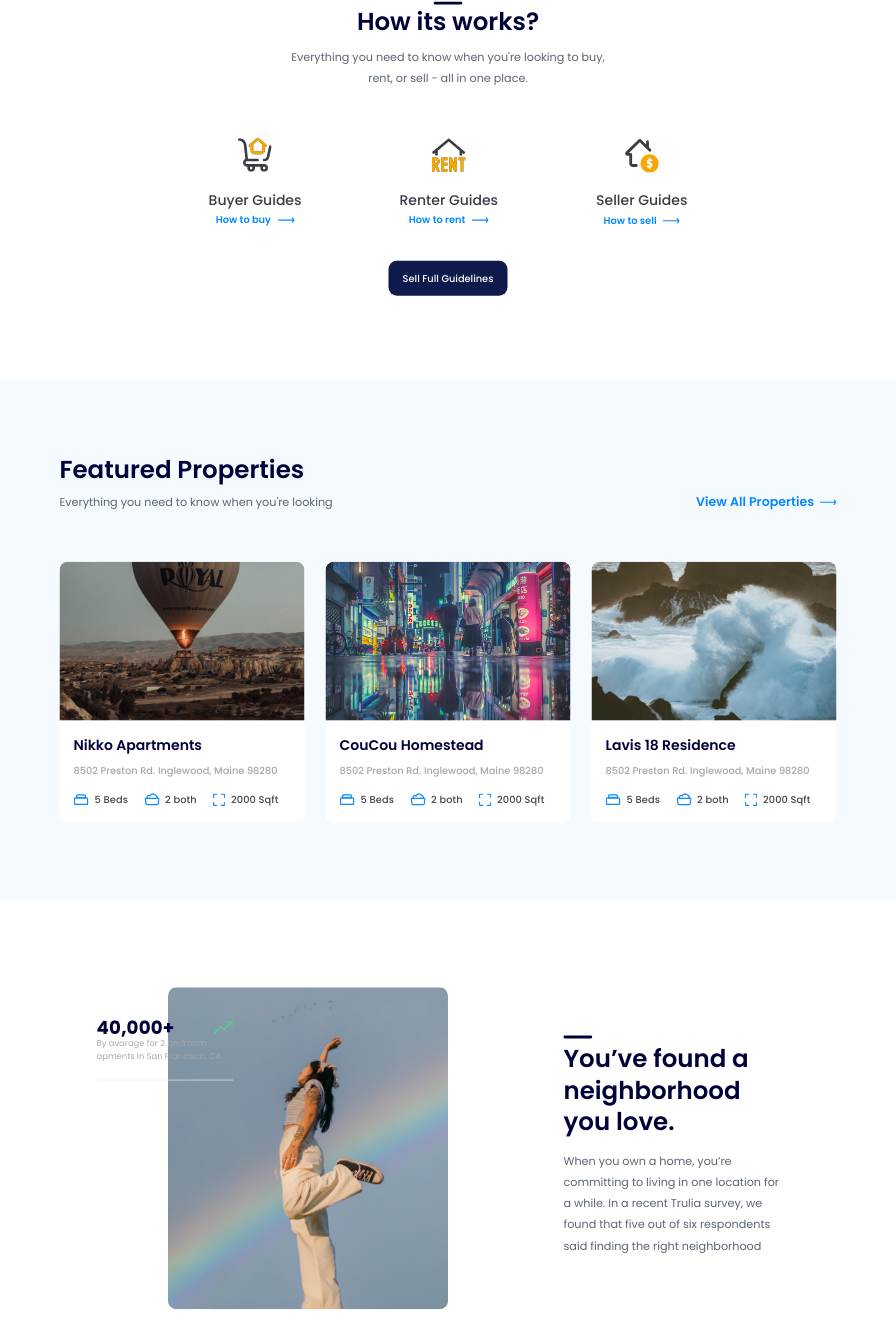
Repository: Tctiensk/f8-htmlcss-01
Page: index.html
An editor plug-in stored every save of this project. The page is shown before and after the next save, followed by the edit.
The browser window is 1280 px wide. The pictures show the part of the page from y = 1229 to 3149 px (the page is 3149 px tall), at 70% of full size.

Above is the page before, as saved 2022-12-11 10:44:33.

### index.html
<!DOCTYPE html>
<html lang="en">
    <head>
        <meta charset="UTF-8" />
        <meta http-equiv="X-UA-Compatible" content="IE=edge" />
        <meta name="viewport" content="width=device-width, initial-scale=1.0" />
        <title>F8 PROJECT 01</title>
        <link rel="stylesheet" href="./assets/css/reset.css" />
        <link rel="stylesheet" href="./assets/fonts/stylesheet.css" />
        <link rel="stylesheet" href="./assets/css/style.css" />
    </head>

    <body>
        <main style="height: 3000px">
            <!-- header -->
            <header class="header">
                <div class="content">
                    <nav class="navbar">
                        <!-- logo -->
                        <img src="./assets/img/Logo.svg" alt="Besnik." />
                        <!-- navigation -->
                        <ul>
                            <li><a href="#!">Home</a></li>
                            <li><a href="#!">Features</a></li>
                            <li><a href="#!">Services</a></li>
                            <li><a href="#!">Resources</a></li>
                            <li><a href="#!">Contact</a></li>
                        </ul>

                        <!-- action -->
                        <div class="action">
                            <a href="" class="action-link">Sign in </a>
                            <a href="" class="btn action-btn">Sign up </a>
                        </div>
                    </nav>

                    <div class="hero">
                        <div class="info">
                            <p class="sub-title">Welcome to Besnik Agency</p>
                            <h1 class="title">
                                Discover a place you'll love to live.
                            </h1>
                            <p class="desc">
                                Get the best real estate deals first, before
                                they hit the mass market! HOT FORECLOSURE DEALS
                                with one simple search.
                            </p>
                            <a href="#!" class="btn hero-cta">More About Us</a>
                        </div>
                        <img
                            src="./assets/img/house illustration.svg"
                            alt="Discover a place you'll love to live."
                            class="hero-img"
                        />
                    </div>
                </div>
            </header>
            <div class="clients">
                <div class="content">
                    <div class="row">
                        <!-- logo -->
                        <img src="./assets/img/Logo.svg" alt="Besnik." />

                        <!-- Stars -->
                        <div class="stars">
                            <img src="./assets/img/Vector.svg" alt="Star" />
                            <img src="./assets/img/Vector.svg" alt="Star" />
                            <img src="./assets/img/Vector.svg" alt="Star" />
                            <img src="./assets/img/Vector.svg" alt="Star" />
                            <img src="./assets/img/Vector.svg" alt="Star" />
                        </div>
                    </div>
                    <div class="row row-desc">
                        <p class="desc">
                            More than 45,000+ companies trust besnik
                        </p>
                        <p class="desc">5 Star Ratings (2k+ Review)</p>
                    </div>
                    <div class="images">
                        <img src="./assets/img/logo2.svg" alt="MeUndies" />
                        <img src="./assets/img/slack.svg" alt="slack" />
                        <img src="./assets/img/Union.svg" alt="amazon" />
                        <img src="./assets/img/commerce.svg" alt="commerce" />
                        <img src="./assets/img/sitepoint.svg" alt="sitepoint" />
                    </div>
                </div>
            </div>
            <!-- Guides -->
            <div class="guides">
                <div class="content">
                    <h2 class="sub-title">How its works?</h2>
                    <p class="desc">
                        Everything you need to know when you're looking to buy,
                        rent, or sell - all in one place.
                    </p>

                    <!-- === list guides ===== -->
                    <ul class="list-guides">
                        <li class="guide-item">
                            <img
                                src="./assets/img/bier.svg"
                                alt="buyer"
                                class="icon"
                            />
                            <h3 class="title">Buyer Guides</h3>
                            <a href="#!" class="link">
                                <span>How to buy</span>
                                <img
                                    src="./assets/img/arow.svg"
                                    alt="arrow right"
                                    class="arrow"
                                />
                            </a>
                        </li>
                        <li class="guide-item">
                            <img
                                src="./assets/img/render.svg"
                                alt="Renter Guides"
                                class="icon"
                            />
                            <h3 class="title">Renter Guides</h3>
                            <a href="#!" class="link">
                                <span>How to rent</span>
                                <img
                                    src="./assets/img/arow.svg"
                                    alt="arrow right"
                                    class="arrow"
                                />
                            </a>
                        </li>
                        <li class="guide-item">
                            <img
                                src="./assets/img/home.svg"
                                alt="Seller Guides"
                                class="icon"
                            />
                            <h3 class="title">Seller Guides</h3>
                            <a href="#!" class="link">
                                <span>How to sell</span>
                                <img
                                    src="./assets/img/arow.svg"
                                    alt="arrow right"
                                    class="arrow"
                                />
                            </a>
                        </li>
                    </ul>

                    <div class="guides-cta">
                        <a href="#!" class="btn">Sell Full Guidelines</a>
                    </div>
                </div>
            </div>

            <!-- ==== featured ===== -->
            <div class="featured">
                <div class="content">
                    <header>
                        <h2 class="sub-title">Featured Properties</h2>
                        <div class="row">
                            <p class="desc">
                                Everything you need to know when you're looking
                            </p>
                            <a href="#!" class="link">
                                <span>View All Properties</span>
                                <img
                                    src="./assets/img/arow.svg"
                                    alt="arrow right"
                                    class="arrow"
                                />
                            </a>
                        </div>
                    </header>

                    <div class="list">
                        <!-- ==== featured-1 ===== -->
                        <div class="item">
                            <a href="#!">
                                <img
                                    src="./assets/img/mesut-cicen-fzzh7qhUOMI-unsplash.jpg"
                                    alt="Nikko Apartments"
                                    class="thumb"
                                />
                            </a>
                            <div class="body">
                                <h3 class="title">
                                    <a href="#!">Nikko Apartments</a>
                                </h3>
                                <p class="desc">
                                    8502 Preston Rd. Inglewood, Maine 98280
                                </p>
                                <div class="info">
                                    <img
                                        src="./assets/img/icon-1.svg"
                                        alt=""
                                        class="icon"
                                    />
                                    <span class="lable">5 Beds</span>
                                    <img
                                        src="./assets/img/icon-2.svg"
                                        alt=""
                                        class="icon"
                                    />
                                    <span class="lable">2 both</span>
                                    <img
                                        src="./assets/img/icon-3.svg"
                                        alt=""
                                        class="icon"
                                    />
                                    <span class="lable">2000 Sqft</span>
                                </div>
                            </div>
                        </div>
                        <!-- ==== featured-2 ===== -->
                        <div class="item">
                            <a href="#!">
                                <img
                                    src="./assets/img/size-2.jpg"
                                    alt="CouCou Homestead"
                                    class="thumb"
                                />
                            </a>
                            <div class="body">
                                <h3 class="title">
                                    <a href="#!">CouCou Homestead</a>
                                </h3>
                                <p class="desc">
                                    8502 Preston Rd. Inglewood, Maine 98280
                                </p>
                                <div class="info">
                                    <img
                                        src="./assets/img/icon-1.svg"
                                        alt=""
                                        class="icon"
                                    />
                                    <span class="lable">5 Beds</span>
                                    <img
                                        src="./assets/img/icon-2.svg"
                                        alt=""
                                        class="icon"
                                    />
                                    <span class="lable">2 both</span>
                                    <img
                                        src="./assets/img/icon-3.svg"
                                        alt=""
                                        class="icon"
                                    />
                                    <span class="lable">2000 Sqft</span>
                                </div>
                            </div>
                        </div>
                        <!-- ==== featured-3 ===== -->
                        <div class="item">
                            <a href="#!">
                                <img
                                    src="./assets/img/size-3.jpg"
                                    alt="Lavis 18 Residence"
                                    class="thumb"
                                />
                            </a>
                            <div class="body">
                                <h3 class="title">
                                    <a href="#!" class="line-clamp"
                                        >Lavis 18 Residence</a
                                    >
                                </h3>
                                <p class="desc line-clamp">
                                    8502 Preston Rd. Inglewood, Maine 98280
                                </p>
                                <div class="info">
                                    <img
                                        src="./assets/img/icon-1.svg"
                                        alt=""
                                        class="icon"
                                    />
                                    <span class="lable">5 Beds</span>
                                    <img
                                        src="./assets/img/icon-2.svg"
                                        alt=""
                                        class="icon"
                                    />
                                    <span class="lable">2 both</span>
                                    <img
                                        src="./assets/img/icon-3.svg"
                                        alt=""
                                        class="icon"
                                    />
                                    <span class="lable">2000 Sqft</span>
                                </div>
                            </div>
                        </div>
                    </div>
                </div>
            </div>

            <!-- stats -->
            <div class="stats">
                <div class="content">
                    <div class="row">
                        <div class="img-block">
                            <img
                                class="image"
                                src="./assets/img/img1.jpg"
                                alt="You’ve found a neighborhood you love."
                            />

                            <!-- ==trend=== -->
                            <div class="stats-trend">
                                <div class="row">
                                    <strong class="value">40,000+</strong>
                                    <img
                                        src="./assets/img/row.svg"
                                        alt=""
                                        class="icon"
                                    />
                                </div>
                                <p class="desc">
                                    By avarage for 2 bedroom apments in San
                                    Francisco, CA
                                </p>
                                <div class="separate"></div>
                            </div>
                        </div>
                        <div class="info">
                            <h2 class="sub-title">
                                You’ve found a neighborhood you love.
                            </h2>
                            <p class="desc">
                                When you own a home, you’re committing to living
                                in one location for a while. In a recent Trulia
                                survey, we found that five out of six
                                respondents said finding the right neighborhood
                            </p>
                        </div>
                    </div>
                </div>
            </div>
        </main>
    </body>
</html>

### assets/css/style.css
* {
    box-sizing: border-box;
}

:root {
    --primary-color: #0f1b4c;
}
html {
    font-size: 62.5%;
}
body {
    font-size: 1.6rem;
    font-family: "Poppins", sans-serif;
}
/* common */
a {
    text-decoration: none;
}
.content {
    width: 1110px;
    max-width: calc(100% -48px);
    margin-left: auto;
    margin-right: auto;
}
.line-clamp {
    display: -webkit-box;
    -webkit-line-clamp: var(--line-clamp, 2);
    -webkit-box-orient: vertical;
    overflow: hidden;
}
.btn {
    display: inline-block;
    min-width: 98px;
    padding: 18px 16px;
    background: var(--primary-color);
    border-radius: 12px;
    font-weight: 500;
    font-size: 1.4rem;
    text-align: center;
    color: #ffffff;
}
.btn:hover {
    opacity: 0.9;
}

/* ================= header ====================*/
.header {
    height: 100vh;
    background: #e6f0ff;
    position: relative;
}
.navbar {
    display: flex;
    align-items: center;
    padding-top: 38px;
}
.navbar ul {
    display: flex;
    margin-left: 50px;
}
.navbar .action {
    margin-left: auto;
}
.navbar ul a {
    font-weight: 500;
    font-size: 1.4rem;
    color: #4f5361;
    padding: 8px 1.4rem;
}
.navbar ul a:hover {
    text-decoration: underline;
}
.navbar .action-link {
    font-weight: 500;
    font-size: 1.4rem;
    line-height: 21px;
    color: var(--primary-color);
}
.btn.hero-cta {
    min-width: 170px;
    margin-top: 40px;
}
.navbar .action-btn {
    padding: 13px 16px;
    margin-left: 18px;
    border-radius: 8px;
}
.hero {
    margin-top: 130px;
}
.hero .sub-title {
    font-weight: 500;
    font-size: 1.8rem;
    line-height: 1.5;
    letter-spacing: 0.01em;
    color: #687691;
}
.hero .title {
    margin-top: 8px;
    font-weight: 700;
    font-size: 6.2rem;
    line-height: 1.19;
    color: #000336;
}
.hero .info {
    width: 51%;
}
.hero .desc {
    margin-top: 30px;
    font-weight: 400;
    font-size: 18px;
    line-height: 1.78;
    color: #5a6473;
}
.hero-img {
    position: absolute;
    bottom: 0;
    right: 65px;
}
/* clients  */
.clients {
    margin-top: 79px;
    padding: 43px 0 63px 0;
}
.clients .row {
    display: flex;
    justify-content: space-between;
}
.clients .desc {
    font-weight: 500;
    font-size: 16px;
    line-height: 1.25;
    color: #7d8589;
}
.clients .row-desc {
    margin-top: 23px;
}
.clients .images {
    display: flex;
    justify-content: space-between;
    margin-top: 96px;
}
/* ================ guile ============= */
.guides {
    margin-top: 40px;
    padding: 93px 0 79px;
}
.guides .sub-title {
    position: relative;
    font-weight: 600;
    font-size: 3.5rem;
    line-height: 1;
    text-align: center;
    color: #000339;
}
.guides .sub-title::before {
    position: absolute;
    top: -10px;
    left: 50%;
    transform: translateX(-50%);
    content: "";
    display: inline-block;
    width: 41px;
    height: 4px;
    background: #000339;
    border-radius: 12px;
}
.guides .desc {
    width: 459px;
    max-width: 100%;
    margin: 20px auto 0;
    font-weight: 400;
    font-size: 1.6rem;
    line-height: 1.88;
    text-align: center;
    color: #5a6473;
}
.list-guides {
    display: flex;
    justify-content: center;
    margin-top: 70px;
}
.guide-item {
    margin: 0 70px;
    text-align: center;
}
.guide-item .title {
    margin-top: 26px;
    font-weight: 500;
    font-size: 2rem;
    line-height: 1.1;
    color: #3b3c45;
}
.guide-item .link {
    display: inline-block;
    margin-top: 10px;
    font-weight: 600;
    font-size: 1.4rem;
    color: #0689ff;
}
.guide-item .arrow {
    margin-left: 6px;
}
.guides-cta {
    margin-top: 50px;
    display: flex;
    justify-content: center;
}
.guides-cta .btn {
    min-width: 170px;
}
/* ================ featured ============= */
.featured {
    margin-top: 41px;
    padding: 110px 0;
    background-color: #f5fafe;
}
.featured .sub-title {
    font-weight: 600;
    font-size: 3.5rem;
    line-height: 1;

    color: #000339;
}
.featured .row {
    display: flex;
    justify-content: space-between;
    margin-top: 15px;
}
.featured .desc {
    font-weight: 400;
    font-size: 1.6rem;
    line-height: 1.88;
    color: #5a6473;
}
.featured .link {
    display: flex;
    align-items: center;
    font-weight: 600;
    font-size: 1.8rem;
    color: #0689ff;
}
.featured .link .arrow {
    margin-left: 8px;
}
.featured .list {
    display: flex;
    gap: 30px;
    margin-top: 70px;
}
.featured .item {
    flex: 1;
    background-color: #ffffff;
    border-radius: 12px;
}
.featured .item .thumb {
    width: 100%;
    height: 227px;
    object-fit: cover;
    border-top-left-radius: 12px;
    border-top-right-radius: 12px;
}
.featured .item .body {
    margin: 17px 20px 24px;
}
.featured .item .title a {
    font-weight: 600;
    font-size: 2rem;
    line-height: 1.5;
    color: #000339;
}
.featured .item .desc {
    margin-top: 11px;
    font-weight: 500;
    font-size: 1.4rem;
    line-height: 1.5;
    color: #a3a6ab;
    word-break: break-all;
}
.featured .item .info {
    display: flex;
    align-items: center;
    margin-top: 21px;
}
.featured .item .lable {
    margin-left: 8px;
    font-weight: 500;
    font-size: 1.4rem;
    letter-spacing: 0.01em;

    color: #444444;
}
.featured .item .icon {
    margin-left: 23px;
}
.featured .item .icon:first-child {
    margin-left: 0;
}
/* =========== stats ============= */
.stats {
    margin-top: 75px;
    padding: 50px 0;
}
.stats .content {
    width: 1048px;
}
.stats .row {
    display: flex;
}
.stats .img-block,
.stats .info {
    width: 50%;
}
.stats .img-block {
    position: relative;
}
.stats .info {
    padding: 79px 0 0 165px;
}
.stats-trend {
    position: absolute;
    top: 0;
    left: 0;
    width: 239px;
    padding: 45px 22px 40px;
    border-radius: 0px 0px 12px 12px;
}

.stats-trend .row .value {
    font-weight: 700;
    font-size: 2.6rem;

    letter-spacing: 0.01em;

    color: #000339;
}
.stats-trend .icon {
    margin-left: auto;
}
.stats .desc {
    font-weight: 400;
    font-size: 12px;
    line-height: 18px;
    color: #a7a7a7;
}
.stats .separate {
    height: 1px;
    margin-top: 25px;
    background: #e9e9e9;
}
.stats .img-block .image {
    display: block;
    margin-left: auto;
    width: 400px;
    height: 460px;
    object-fit: cover;
    border-radius: 12px;
}
.stats .sub-title {
    position: relative;
    width: 269px;
    font-style: normal;
    font-weight: 600;
    font-size: 35px;
    line-height: 45px;

    color: #000339;
}
.stats .sub-title::before {
    position: absolute;
    top: -10px;
    left: 0%;
    content: "";
    display: block;
    width: 41px;
    height: 4px;
    background: #000339;
    border-radius: 12px;
}
.stats .info .desc {
    margin-top: 20px;
    width: 309px;
    font-style: normal;
    font-weight: 400;
    font-size: 1.6rem;
    line-height: 1.88;

    color: #5a6473;
}

Loaded but not shown: assets/css/reset.css (common file); assets/fonts/stylesheet.css (160 lines, source omitted)

After the next save:
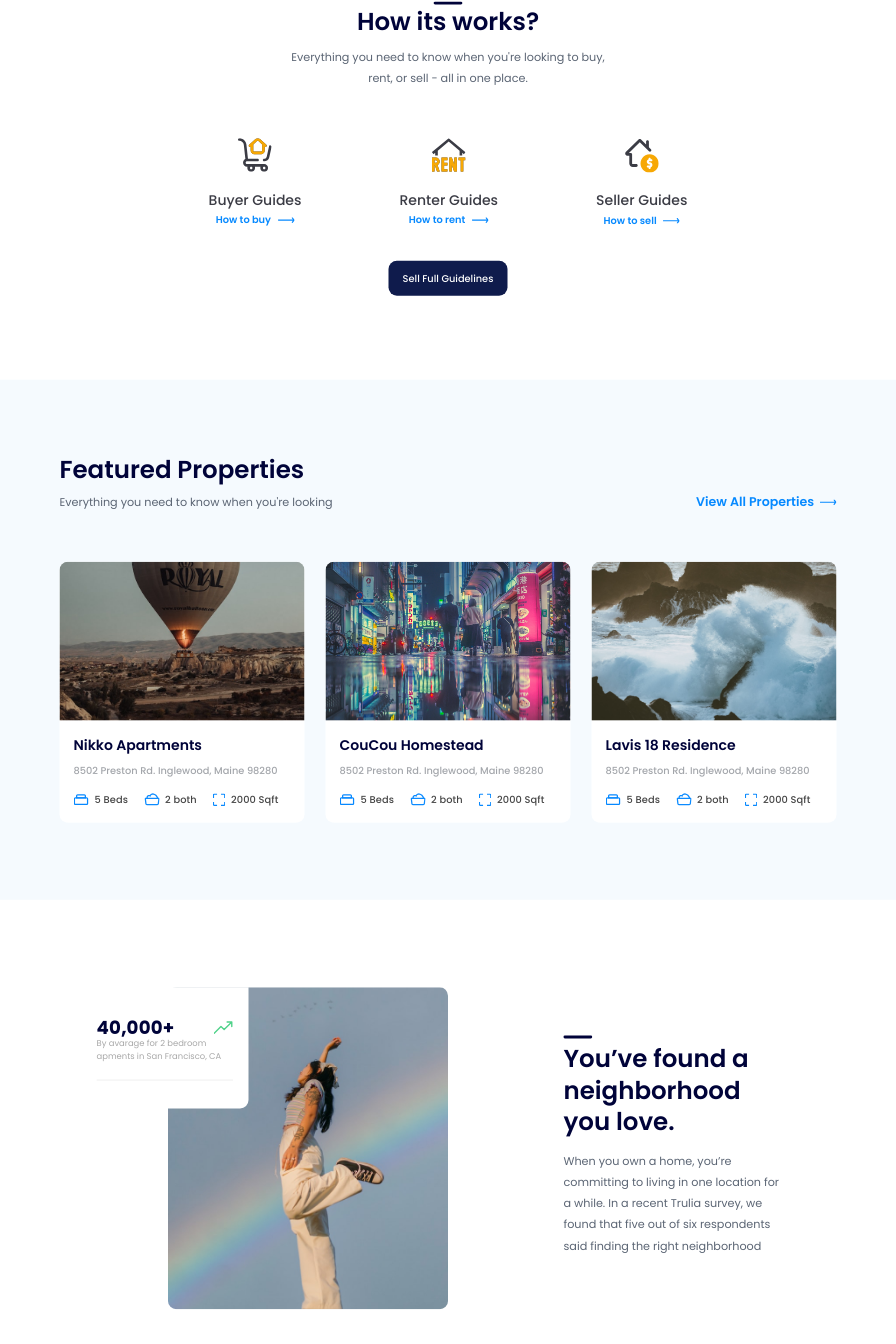
Saved 28 s later.
--- a/assets/css/style.css
+++ b/assets/css/style.css
@@ -324,6 +324,7 @@
     width: 239px;
     padding: 45px 22px 40px;
     border-radius: 0px 0px 12px 12px;
+    background: #ffffff;
 }
 
 .stats-trend .row .value {
